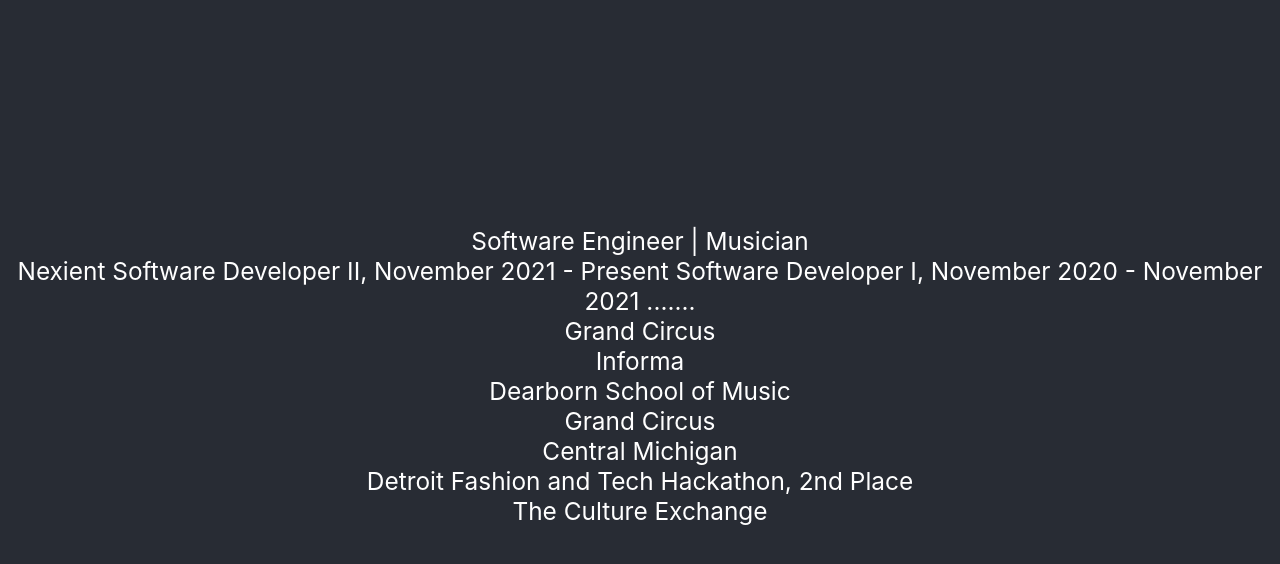
Repository: chelsswylie/portfolio
Page: /
An editor plug-in stored every save of this project. The page is shown before and after the next save, followed by the edit.
The browser window is 1280 px wide. The pictures show the whole page.
The project was rebuilt for these pictures with package versions that can differ from the ones it lists, and the page was loaded fresh each time.

Above is the page before, as saved 2022-06-05 19:07:25.

### src/App.js
import logo from './logo.svg';
import './App.css';
import GridContainer from './components/molecule/Grid'
import React from 'react';

function App() {
  return (
    <div className="App">
      <header className="App-header">
        <GridContainer />
        {/* <img src={logo} className="App-logo" alt="logo" />
        <p>
          Edit <code>src/App.js</code> and save to reload.
        </p>
        <a
          className="App-link"
          href="https://reactjs.org"
          target="_blank"
          rel="noopener noreferrer"
        >
          Learn React
        </a> */}
      </header>
    </div>
  );
}

export default App;

### src/components/molecule/Grid.js
import React from "react";
import ContentContainer from '../atom/Content'
import ExperienceContainer from './Experience'
import EducationContainer from './Education'
import PortfolioContainer from './Portfolio'

// grid is going to need to be able to accept props
export default function GridContainer() {
    return (
    <div className="grid-container">
  <div className="grid-item">
      <ContentContainer />
  </div>
  <div className="grid-item">
    <ExperienceContainer/>
  </div>
  <div className="grid-item">
    <EducationContainer />
  </div>
  <div className="grid-item">
    <PortfolioContainer />
  </div>
</div>
    )
}

### src/components/atom/Content.js
import React, {useState} from "react";

// this needs to accept props, which need to be passed in to the format below
export default function ContentContainer() {

    const [heading, setHeading] = useState("")
    const [contentInfo, setContentInfo] = useState("")

    return (
    <div className="content-container">
        <h1>{heading}</h1>
        <span>Software Engineer | Musician </span>
</div>
    )
}

### src/components/molecule/Experience.js
import React from "react";

export default function ExperienceContainer() {
    return (
    <div className="experience-container">
  <div className="grid-item">
    <div>Nexient
Software Developer II, November 2021 - Present
Software Developer I, November 2020 - November 2021
.......
</div>
  </div>
  <div className="grid-item">
    <div>Grand Circus</div>
  </div>
  <div className="grid-item">
    <div>Informa</div>
  </div>
  <div className="grid-item">
    <div>Dearborn School of Music</div>
  </div>
</div>
    )
}

### src/components/molecule/Education.js
import React from "react";

export default function GridContainer() {
    return (
    <div className="education-container">
  <div className="grid-item">
    <div>Grand Circus</div>
  </div>
  <div className="grid-item">
    <div>Central Michigan</div>
  </div>
</div>
    )
}

### src/components/molecule/Portfolio.js
import React from "react";

export default function PortfolioContainer() {
    return (
    <div className="portfolio-container">

  <div className="grid-item">
    <div>Detroit Fashion and Tech Hackathon, 2nd Place
</div>
  </div>
  <div className="grid-item">
    <div>The Culture Exchange
</div>
  </div>
</div>
    )
}

Loaded but not shown: public/index.html (common file); src/index.js (common file); src/index.css (common file); src/reportWebVitals.js (common file); src/App.css (common file)

After the next save:
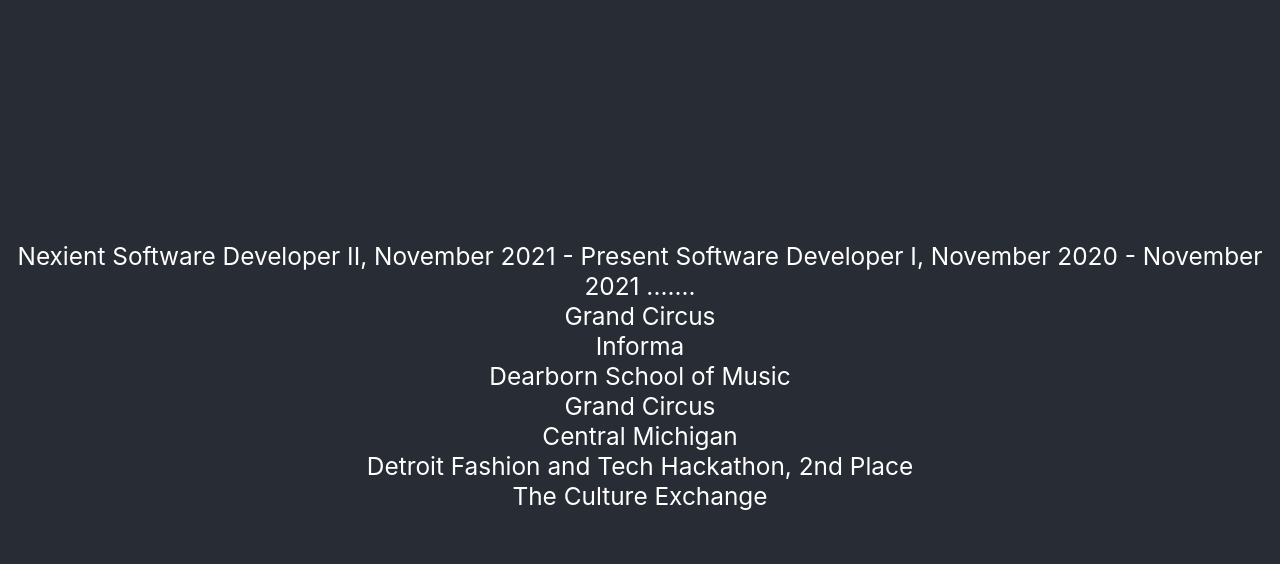
Saved 14 s later.
--- a/src/components/atom/Content.js
+++ b/src/components/atom/Content.js
@@ -9,7 +9,7 @@
     return (
     <div className="content-container">
         <h1>{heading}</h1>
-        <span>Software Engineer | Musician </span>
+        <span>{contentInfo} </span>
 </div>
     )
 }
